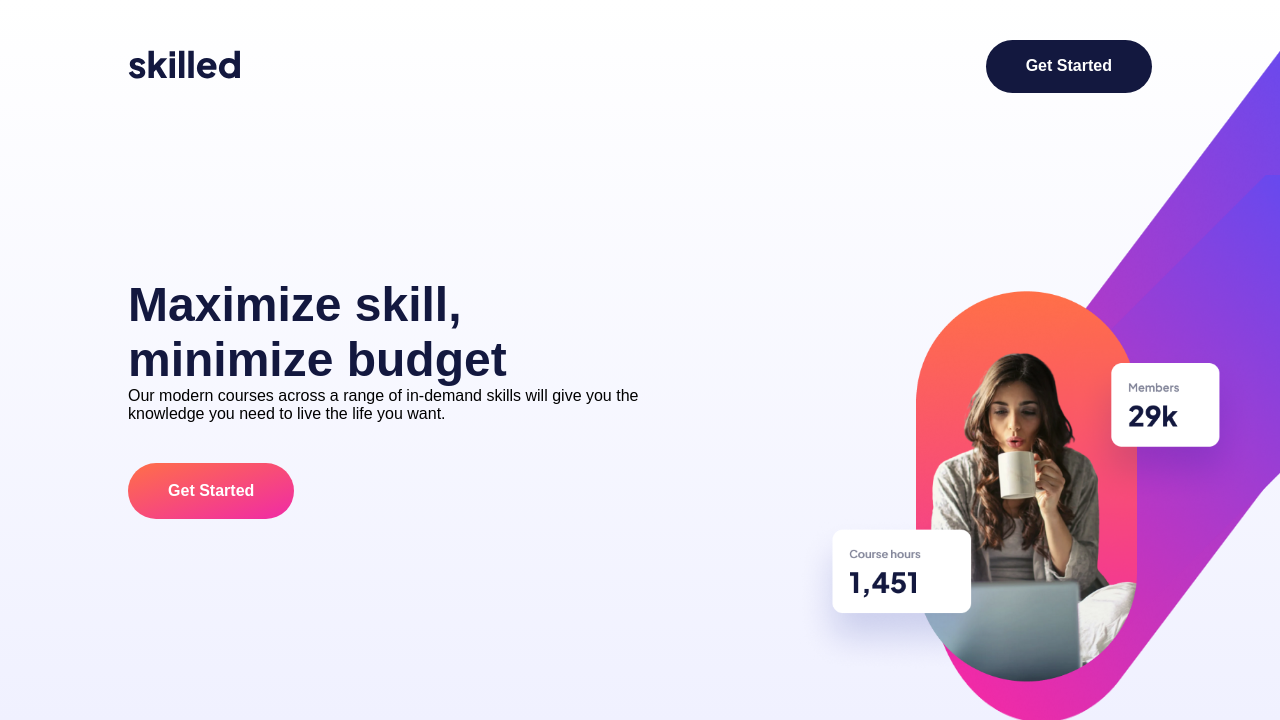
Repository: exe-walt/E-Learning-Landing-Page
Page: index.html
These files come from the project's save history. The page is drawn as it stood at one moment and after the next save; the edit follows.
The browser window is 1280 px wide. The pictures show the whole page.
An inner scrolling area shows only its first screen. Some web fonts or font styles are not loaded; a fallback is used.

Above is the page before, as saved 2025-05-30 19:21:25.

### index.html
<!DOCTYPE html> <!-- Document type declaration for HTML5 -->
<html lang="en">
<head>
  <meta charset="UTF-8"> <!-- Character encoding set to UTF-8 -->
  <meta name="viewport" content="width=device-width, initial-scale=1.0"> <!-- Responsive design meta tag -->
  <title>Skilled E-Learning Page</title> <!-- Page title -->
  <link rel="stylesheet" href="css/style.css"> <!-- Link to external CSS file -->
  <link href="https://fonts.cdnfonts.com/css/plus-jakarta-sans" rel="stylesheet"> <!-- Import custom font -->
</head>
<body>
  <div class="content-container"> <!-- Main content container -->

    <!-- NAVBAR SECTION -->
    <div class="navbar">
      <ul>
        <li id="logo">
          <img src="img/skilled-logo.svg" alt="logo">
        </li>
        <li class="navbar-btn">
          <button>Get Started</button> <!-- Call-to-action button -->
        </li>
      </ul>
    </div>

    <!-- HERO SECTION -->
    <div class="hero-section">
      <div class="intro-text">

        <div class="head">
          <h1>Maximize skill,</h1>
          <h1>minimize budget</h1>
        </div>


        <p class="main-text">
          Our modern courses across a range of in-demand skills will give
          you the knowledge you need to live the life you want.
        </p>

        <button class="grad-btn1">Get Started</button>
      </div>
      <div class="main-image">
        <img src="img/hero-img.png" alt="Lady sipping coffee" class="img1">
        <img src="img/Rectangle.png" alt="rectangle" class="overlay-rectangle">
      </div>

    </div>

          <!--Popular Courses Cards-->
    <div class="cc"> <!--Courses-Container top-->
      <div class="card main-left">
        <h2>Check out our <br>most popular <br>courses! </h2>
      </div>

      <div class="card">
        <div class="icon">
          <img src="img/animation.svg" alt="Animation Icon">
        </div>
        <h3>Animation</h3>
          <p>Learn the latest animation techniques to create stunning motion design and captivate your audience.</p>
            <a href="#">Get Started</a>
      </div>
      <div class="card">
        <div class="icon">
          <img src="img/design.svg" alt="Design Icon">
        </div>
        <h3>Design</h3>
          <p>Create beautiful, usable interfaces to help shape the future of how the web looks.</p>
            <a href="#">Get Started</a>
      </div>
      <div class="card">
        <div class="icon">
          <img src="img/photography.svg" alt="Photography Icon">
        </div>
        <h3>Photography</h3>
          <p>Explore critical fundamentals like lighting, composition, and focus to capture exceptional photos.</p>
            <a href="#">Get Started</a>
      </div>
      <div class="card">
        <div class="icon">
          <img src="img/crypto.svg" alt="Crypto Icon">
        </div>
        <h3>Crypto</h3>
          <p>All you need to know to get started investing in crypto. Go from beginner to advanced with this 54 hour course.</p>
            <a href="#">Get Started</a>
      </div>
      <div class="card">
        <div class="icon">
          <img src="img/business.svg" alt="Business Icon">
        </div>
        <h3>Business</h3>
          <p>A step-by-step playbook to help you start, scale, and sustain your business without outside investment.</p>
            <a href="#">Get Started</a>
      </div>
    </div>
  </div>

  <!-- FOOTER SECTION -->
  <div class="footer">
    <ul>
      <li id="logo">
        <img src="img/skilled-1.svg" alt="logo">
      </li>
      <li class="footer-btn">
        <button>Get Started</button> <!-- Call-to-action button -->
      </li>
    </ul>
  </div>

</body>
</html>

### css/style.css
* {
  box-sizing: border-box;
  margin: 0;
  padding: 0;
  font-family: "Plus Jakarta Sans", sans-serif;
}

body {
  font-family: "Plus Jakarta Sans", sans-serif;
  margin: 0;
  background: linear-gradient(to bottom, #ffffff, #f0f1ff);
  min-height: 100vh;
}

html,
body {
  height: 100%;
  width: 100%;
  overflow-x: hidden;
}

.content-container {
  max-width: 75em;
  width: 80%;
  height: auto;
  margin: 0 auto;
}

.navbar {
  display: flex;
  justify-content: space-between;
  align-items: center;
  margin-top: 2.5em;
  z-index: 10;
}

.navbar ul {
  display: flex;
  align-items: center;
  justify-content: space-between;
  width: 100%;
  list-style: none;
  z-index: 10;
}

#logo img {
  max-width: 100%;
  height: auto;
}

.navbar-btn button {
  background: #13183f;
  color: white;
  width: 10.4em;
  height: 3.3em;
  border-radius: 1.8em;
  border: none;
  padding: 0.6rem 1.5rem;
  font-weight: 600;
  font-size: 1em;
  z-index: 10;
}

.navbar-btn button:hover{
  cursor: pointer;
  background: #666ca3;
}

.hero-section {
  display: flex;
}


.main-image {
  position: relative;
}

.img1 {
  width: 105%;
  transform: translate(23%, 82px);
  position: relative;
  z-index: 2;
}

.overlay-rectangle {
  width: 120%;
  /*height: 117%;*/
  height: 135%;
  position: absolute;
  top: -21.6%;
  right: -73%;
  z-index: 1;

}

.intro-text {
  margin-top: 11.5em;
}

.intro-text h1 {
  font-weight: 800; /* ExtraBold */
  font-size: 3rem;
  color: #13183f;
}

.main-text p {
  font-weight: 400; /* Medium */
  font-size: 1.25rem;
  color: #83869a;
  margin: 1.9rem 0 2.5rem;
  max-width: 400px;
}

.grad-btn1 {
  width: 10.4em;
  height: 3.5em;
  border: none;
  border-radius: 1.8em;
  color: white;
  font-weight: 700;
  font-size: 1em;
  padding: 0.6rem 1.5rem;
  margin-top: 2.5em;
  background: linear-gradient(to bottom right, #ff6f48, #f02aa6);
}

.grad-btn1:hover {
  cursor: pointer;
  background: linear-gradient(
      rgba(255, 255, 255, 0.5),
      rgba(255, 255, 255, 0.5)
    ),
    linear-gradient(to bottom right, #ff6f48, #f02aa6);
}


.cc {
  display: grid;
  gap: 50px 25px;
  grid-template-columns: repeat(3, 1fr);
  margin-top: 12em;
}

.card, .main-left {
  min-height: 300px;
}

.main-left {
  background: linear-gradient(to bottom right, #ff6f48, #f02aa6);
  color: white;
}

.main-left h2 {
  font-size: 2em;
  font-weight: bolder;
  color: white;
  justify-content: center;
}

.card {
  border-radius: 12px;
  background-color: white;
  box-shadow: 0 4px 10px rgba(0, 0, 0, 0.05);
  padding: 2em;
  display: flex;
  flex-direction: column;
  justify-content: space-between;
  gap: 1em;
}

.icon {
  width: 56px;
  height: 56px;
  margin-bottom: 1.5rem;
  margin-top: -4em;
}

.card h3 {
  font-size: 1.25rem;
  color: #13183f;
}

.card p {
  color: #83869a;
  font-size: 1rem;
  flex-grow: 1;
  font-weight: 500;;
}

.card a {
  color: #f74780;
  font-weight: bold;
  text-decoration: none;
}

.card a:hover {
  transition: 0.3s ease;
  color: #fa8fb1;
}

.footer {
  background-color: #13183f;
  margin-top: 5.5em;
}

.footer ul {
  display: flex;
  align-items: center;
  justify-content: space-between;
  list-style-type: none;
  max-width: 75em;
  width: 80%;
  height: 7.5em;
  margin: 0 auto;
}

.footer-btn button {
  width: 10.4em;
  height: 3em;
  border: none;
  border-radius: 1.8em;
  color: white;
  font-weight: 700;
  font-size: 1em;
  background: linear-gradient(to bottom right, #4851ff, #f02aa6);
}

.footer-btn button:hover {
  cursor: pointer;
  background: linear-gradient(
      rgba(255, 255, 255, 0.5),
      rgba(255, 255, 255, 0.5)
    ),
    linear-gradient(to bottom right, #4851ff, #f02aa6);
}


/* Tablet breakpoint (max-width: 1024px) */
@media (max-width: 1024px) {
  .hero-section {
    flex-direction: column;
    align-items: center;
    text-align: center;
  }

  .main-image {
    transform: none;
    margin-top: 2em;
  }

  .img1 {
    width: 100%;
    transform: none;
  }

  .overlay-rectangle {
    display: none;
  }

  .cc {
    grid-template-columns: repeat(2, 1fr);
    gap: 4em;
  }

  .intro-text {
    margin-top: 5em;
  }
  }

  /* Mobile breakpoint (max-width: 768px) */
  @media (max-width: 768px) {
    .navbar ul {
      flex-direction: column;
      gap: 1em;
    }

    .navbar-btn button {
      width: 100%;
    }

    .content-container {
      width: 90%;
    }

    .intro-text h1 {
      font-size: 2rem;
    }

    .intro-text p {
      font-size: 1rem;
    }

    .cc {
      grid-template-columns: 1fr;
    }

    .footer ul {
      flex-direction: column;
      justify-content: center;
      gap: 1em;
      height: auto;
      padding: 2em 0;
    }

    .footer-btn button {
      width: 100%;
    }
  }

After the next save:
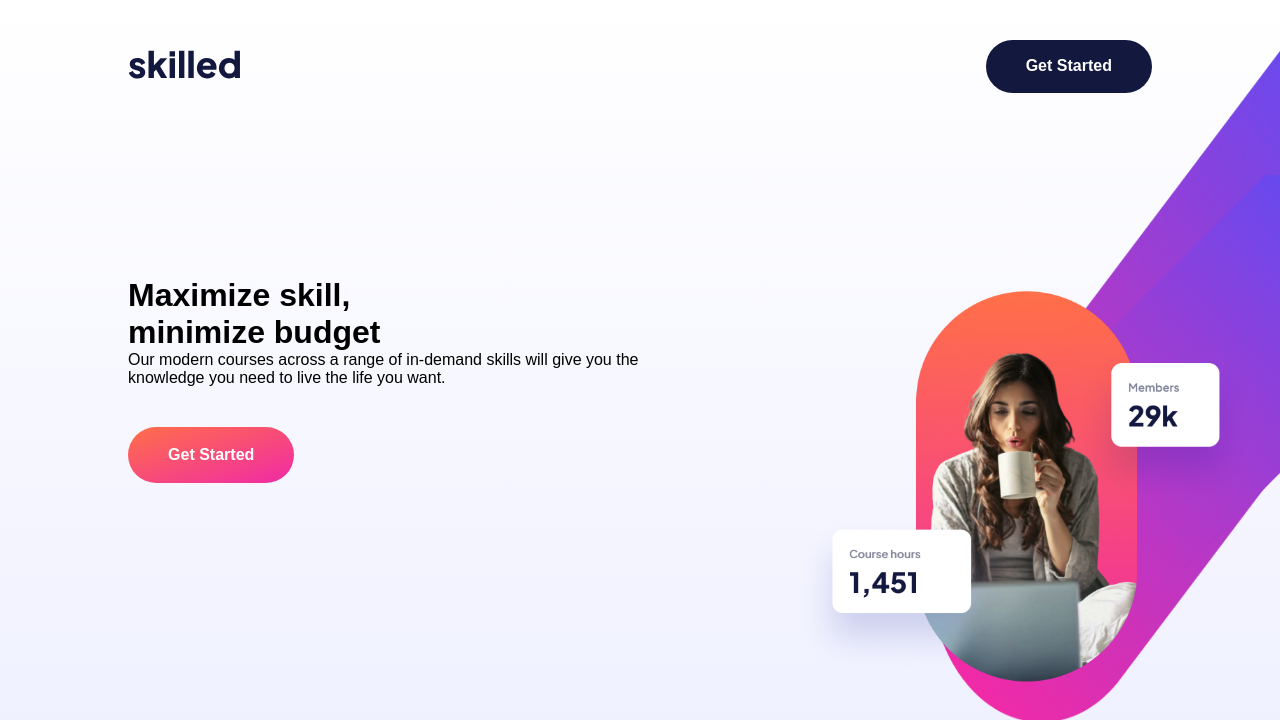
Saved 43 s later.
--- a/css/style.css
+++ b/css/style.css
@@ -97,6 +97,8 @@ body {
   margin-top: 11.5em;
 }
 
+.head
+
 .intro-text h1 {
   font-weight: 800; /* ExtraBold */
   font-size: 3rem;

After the 2 saves that followed:
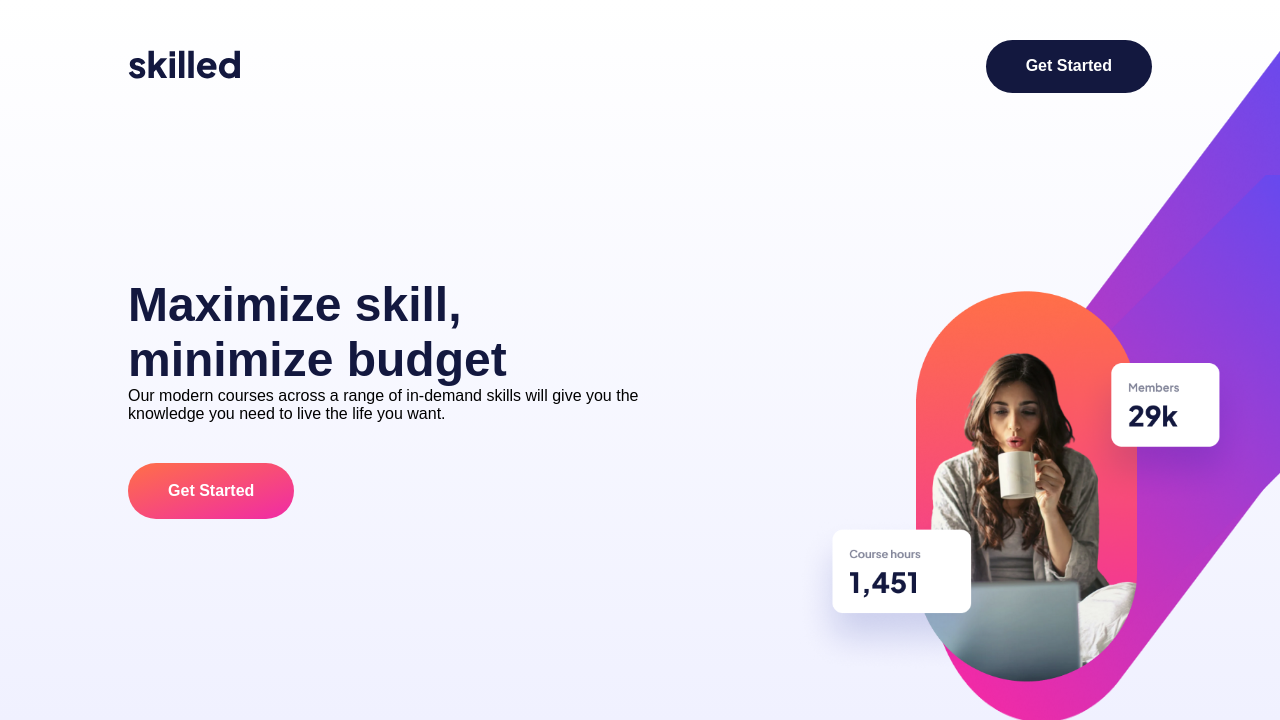
The 2 saves are shown as one change because they came seconds apart.
The last was saved 8 s later.
--- a/css/style.css
+++ b/css/style.css
@@ -97,7 +97,9 @@ body {
   margin-top: 11.5em;
 }
 
-.head
+.intro-text head{
+
+}
 
 .intro-text h1 {
   font-weight: 800; /* ExtraBold */
